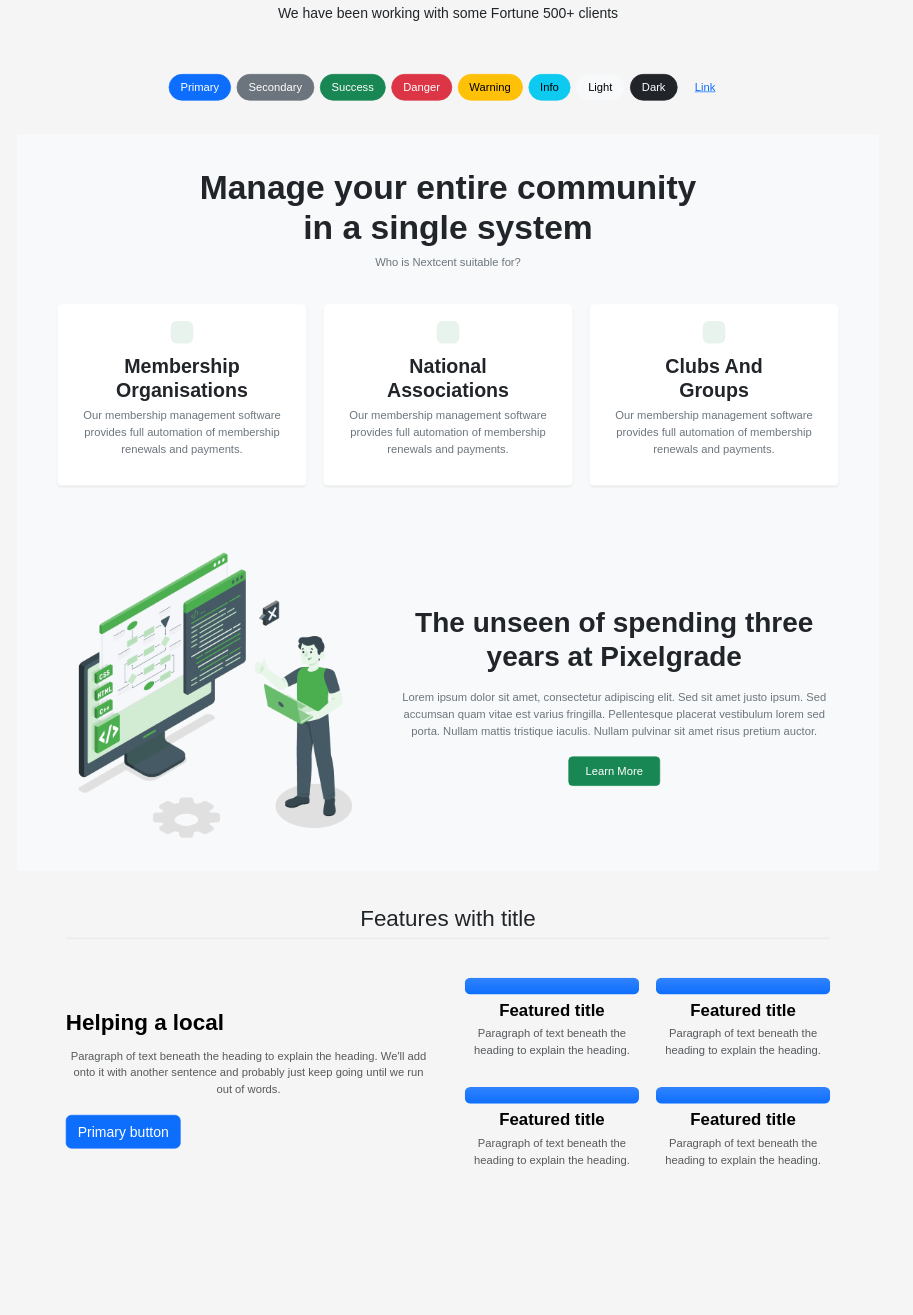
Repository: Laibaaa10/Bootstrap1
Page: index.html
The author's editor kept a copy of each file at every save. The page is drawn from the files as they stood at one save, then again after a run of saves.
The browser window is 1280 px wide. The page is 1304 px wide, so the pictures cover 1304 px, including what lies to the right of the window. The pictures show the part of the page from y = 974 to 2854 px (the page is 2852 px tall before and 2854 px after), at 70% of full size.

Above is the page before, as saved 2026-06-18 07:40:25.

After the next 2 saves:
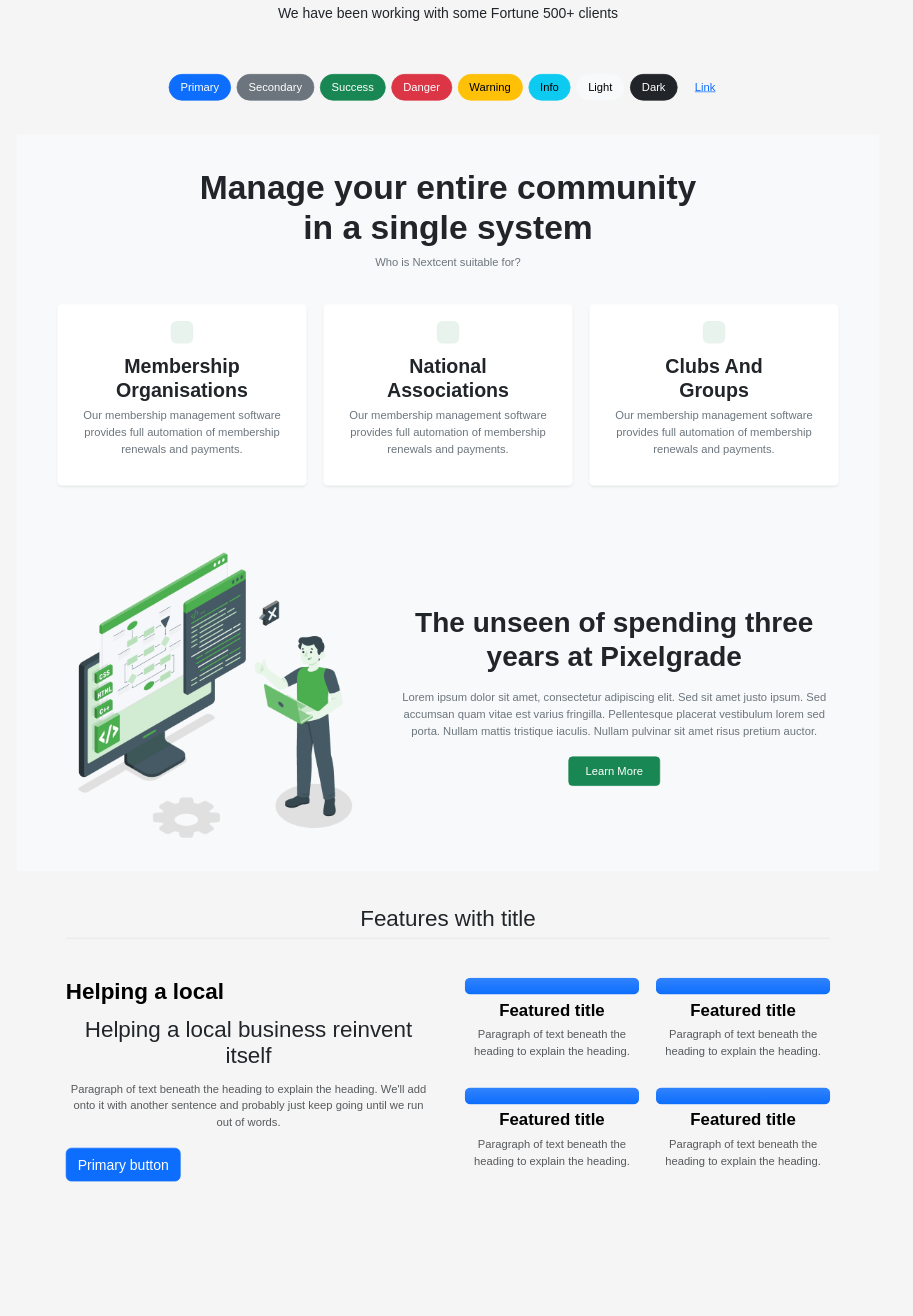
The 2 saves are shown as one change because they came seconds apart.
The last was saved 6 s later.
--- a/index.html
+++ b/index.html
@@ -194,7 +194,7 @@
     <div class="row row-cols-1 row-cols-md-2 align-items-md-center g-5 py-5">
          <div class="col d-flex flex-column align-items-start gap-2">
              <h2 class="fw-bold text-body-emphasis">Helping a local </h2>
-
+             <h2>Helping a local business reinvent itself</h2>
               <p class="text-body-secondary">Paragraph of text beneath the heading to explain the heading. We'll add onto it with another sentence and probably just keep going until we run out of words.</p>
                <a href="#" class="btn btn-primary btn-lg">Primary button</a>
              </div>
